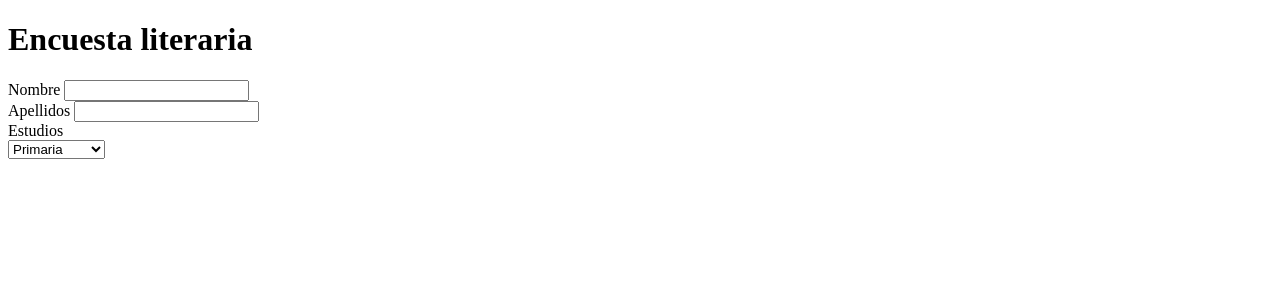
Repository: luigitinez/javaEE
Page: Encuesta/WebContent/index.html
An editor plug-in stored every save of this project. The page is shown before and after the next save, followed by the edit.
The browser window is 1280 px wide. The pictures show the whole page.

Above is the page before, as saved 2017-02-16 17:48:32.

### Encuesta/WebContent/index.html
<!DOCTYPE html>
<html>
<head>
<meta charset="UTF-8">
<title>Encuesta</title>
</head>
<body>
<h1>Encuesta literaria</h1>
<form action="/Encuesta/mostrar">
Nombre
<input type="text" name="nombre"/><br>
Apellidos
<input type="text" name="apellidos"/><br>
Estudios<br>
<select name='estudios' >
<option>Primaria</option>
<option>Secuandaria</option>
<option>Bachillerato</option>
</select><br>


</form>
</body>
</html>

After the next save:
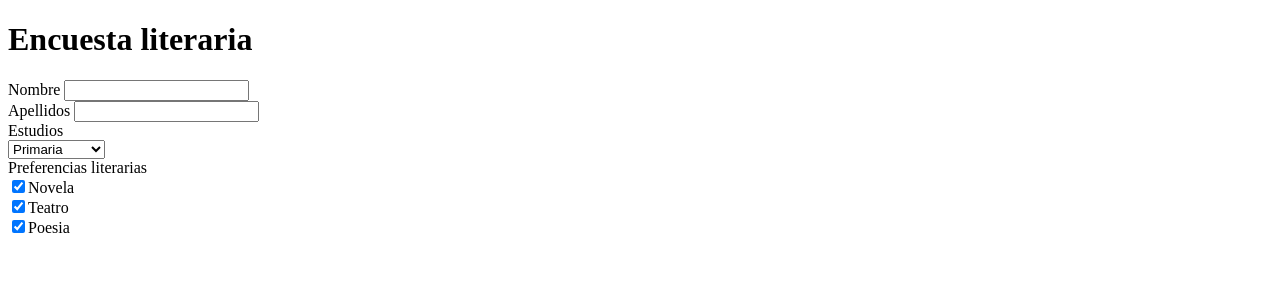
Saved 116 s later.
--- a/Encuesta/WebContent/index.html
+++ b/Encuesta/WebContent/index.html
@@ -17,6 +17,11 @@ Estudios<br>
 <option>Secuandaria</option>
 <option>Bachillerato</option>
 </select><br>
+Preferencias literarias<br>
+<input type="checkbox" name="preferencias" value="novela" checked>Novela<br>
+<input type="checkbox" name="preferencias" value="teatro" checked>Teatro<br>
+<input type="checkbox" name="preferencias" value="poesia" checked>Poesia<br>
+
 
 
 </form>
